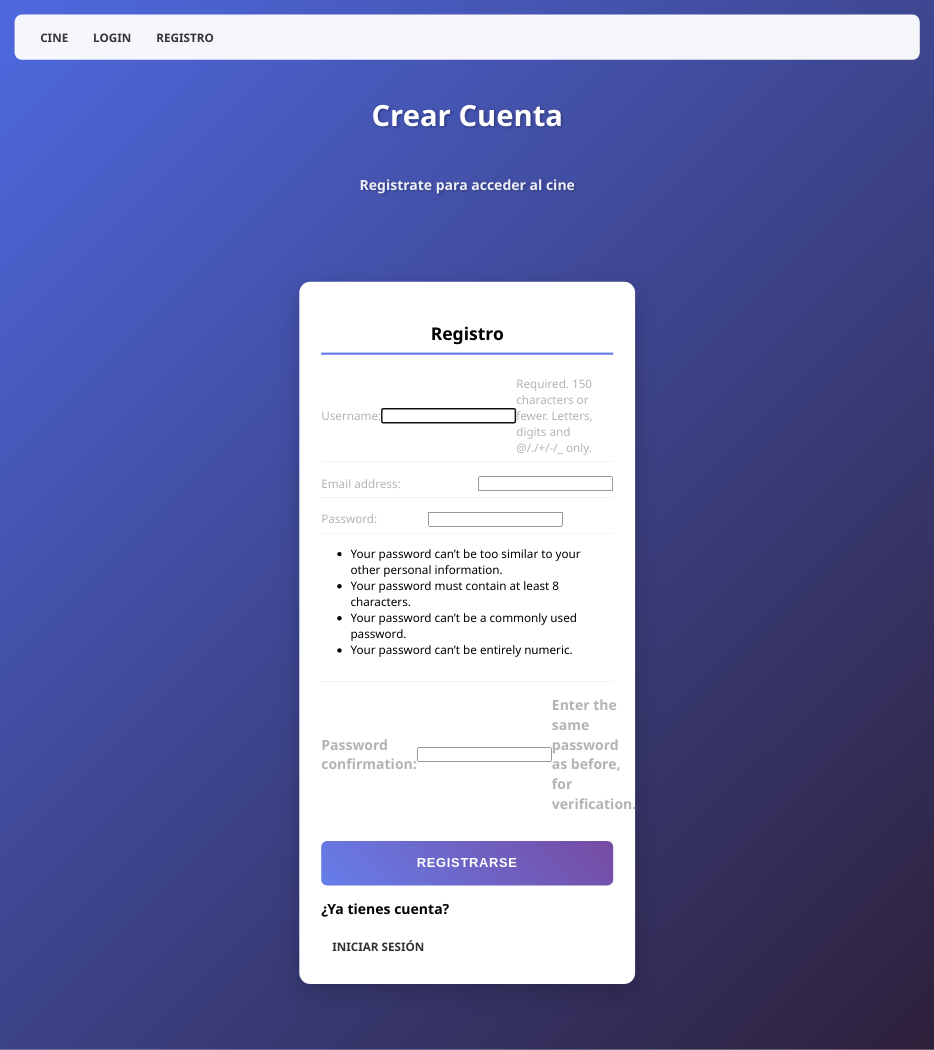
Repository: RoyScc/Practico-Django
Page: http://localhost/register/
An editor plug-in stored every save of this project. The page is shown before and after the next save, followed by the edit.
The browser window is 1280 px wide. The pictures show the whole page, at 73% of full size.
The page is served by the project's application, run on Django 5.2 (manage.py). Other server files are loaded and not shown.

Above is the page before, as saved 2026-05-27 09:01:18.

### tickets/templates/tickets/register.html
{% extends 'tickets/base.html' %}

{% block title %} Registro {% endblock %}

{% block body %}

<h1>Crear Cuenta</h1>
<h4>Registrate para acceder al cine</h4>

<div class="cartelera">

    <div class="login-container">

        <h3 class="h3">Registro</h3>

        <form method="POST">

            {% csrf_token %}

            {{ form.as_p }}

            <button type="submit">
                Registrarse
            </button>

        </form>

        <p class="pcartelera">
            ¿Ya tienes cuenta?
        </p>

        <a href="{% url 'login' %}">
            Iniciar sesión
        </a>

    </div>

</div>

{% endblock %}

### tickets/templates/tickets/base.html
{% load static %}

<!DOCTYPE html>
<html lang="en">
<head>
    <meta charset="UTF-8">
    <meta name="viewport" content="width=device-width, initial-scale=1.0">

    <link rel="stylesheet" href="{% static 'tickets/styles.css' %}">

    <!-- ICONO -->
    <link rel="icon" href="{% static 'tickets/images/cine.png' %}" type="image/png">

    <title>{% block title %} Tickets {% endblock %}</title>
</head>

<body>

    <nav class="navbar2">

        {% if request.resolver_match.url_name == 'cine' %}
            <a href="{% url 'lista_metodos' %}">
                Metodos
            </a>
        {% endif %}

        <a href="{% url 'cine' %}">
            Cine
        </a>

        {% if request.resolver_match.url_name == 'lista_metodos' %}
            <a href="{% url 'crear_metodo_pago' %}">
                Crear método de pago
            </a>
        {% endif %}

        <!-- LOGIN / LOGOUT -->

        {% if user.is_authenticated %}
            <a href="{% url 'logout' %}">
                Cerrar sesión
            </a>

        {% else %}

            <a href="{% url 'login' %}">
                Login
            </a>

            <a href="{% url 'register' %}">
                Registro
            </a>

        {% endif %}

    </nav>

    {% block body %}{% endblock %}

</body>
</html>

### tickets/forms.py
from django import forms

from .models import MetodoPago

from django.contrib.auth.forms import UserCreationForm
from django.contrib.auth.models import User

class RegistroForm(UserCreationForm):
    class Meta:
        model = User
        fields = ['username', 'email', 'password1', 'password2']

class MetodoPagoForm(forms.ModelForm):
    class Meta:
        model = MetodoPago
        fields = ['nombre', 'tipo', 'banco']

### tickets/views.py
from django.shortcuts import render, redirect
from .models import Tickets, MetodoPago
from .forms import MetodoPagoForm
from django.contrib.auth import login, logout
from django.contrib.auth.forms import AuthenticationForm
from django.contrib.auth import authenticate
from .forms import RegistroForm

# Create your views here.

# def index(request):
#     tickets = Tickets.objects.filter(tipo="cine")
#     return render(request, 'tickets/index.html', {'tickets': tickets})

def cine(request):
    tickets = Tickets.objects.filter(tipo__icontains="cine")
    return render(request, 'tickets/cine.html', {'tickets': tickets})

def tickets(request):
    todos_los_tickets = Tickets.objects.all()
    return render(request, 'tickets/todos_los_tickets.html', {'tickets': todos_los_tickets})

def crear_metodo_pago(request):
    if request.method == 'POST':
        form = MetodoPagoForm(request.POST)
        if form.is_valid():
            form.save()
            return redirect('lista_metodos')
    else:
        form = MetodoPagoForm()
    return render(request, 'tickets/crear_metodo_pago.html', {'form': form})

from django.shortcuts import get_object_or_404

def lista_metodos_pago(request):
    metodos = MetodoPago.objects.all()
    return render(request, 'tickets/lista_metodos.html', {'metodos': metodos})

def editar_metodo(request, id):
    metodo = get_object_or_404(MetodoPago, id=id)
    if request.method == 'POST':
        form = MetodoPagoForm(request.POST, instance=metodo)
        if form.is_valid():
            form.save()
            return redirect('lista_metodos')
    else:
        form = MetodoPagoForm(instance=metodo)
    return render(request, 'tickets/crear_metodo_pago.html', {'form': form})

def borrar_metodo(request, id):
    metodo = get_object_or_404(MetodoPago, id=id)
    if request.method == 'POST':
        metodo.delete()
        return redirect('lista_metodos')
    return render(request, 'tickets/borrar_metodo.html', {'metodo': metodo})

#Registro de usuarios
def register_view(request):
    if request.method == 'POST':
        form = RegistroForm(request.POST)

        if form.is_valid():
            user = form.save()
            login(request, user)
            return redirect('index')

    else:
        form = RegistroForm()

    return render(request, 'tickets/register.html', {
        'form': form
    })


#Login de usuarios
def login_view(request):

    if request.method == 'POST':
        form = AuthenticationForm(data=request.POST)

        if form.is_valid():
            user = form.get_user()
            login(request, user)
            return redirect('index')

    else:
        form = AuthenticationForm()

    return render(request, 'tickets/login.html', {
        'form': form
    })


# LOGOUT
def logout_view(request):
    logout(request)
    return redirect('login')

### TicketERA/urls.py
"""
URL configuration for TicketERA project.

The `urlpatterns` list routes URLs to views. For more information please see:
    https://docs.djangoproject.com/en/6.0/topics/http/urls/
Examples:
Function views
    1. Add an import:  from my_app import views
    2. Add a URL to urlpatterns:  path('', views.home, name='home')
Class-based views
    1. Add an import:  from other_app.views import Home
    2. Add a URL to urlpatterns:  path('', Home.as_view(), name='home')
Including another URLconf
    1. Import the include() function: from django.urls import include, path
    2. Add a URL to urlpatterns:  path('blog/', include('blog.urls'))
"""
from django.contrib import admin
from django.urls import path, include

urlpatterns = [
    path('admin/', admin.site.urls),
    path('', include("tickets.urls"))
]

### tickets/urls.py
from django.urls import path, include

from . import views

urlpatterns = [
    #path('', views.index, name="index"),
    path('cine/', views.cine, name="cine"),
    path('tickets/', views.tickets, name="tickets"),
    path('metodos/', views.lista_metodos_pago, name="lista_metodos"),
    path('metodos/crear', views.crear_metodo_pago, name="crear_metodo_pago"),
    path('metodos/editar/<int:id>/', views.editar_metodo, name="editar_metodo"),
    path('metodos/borrar/<int:id>/', views.borrar_metodo, name="borrar_metodo"),
    path('login/', views.login_view, name='login'),
    path('register/', views.register_view, name='register'),
    path('logout/', views.logout_view, name='logout'),
]

### tickets/static/tickets/styles.css
/* Estilos generales para la página */
body {
    font-family: 'Segoe UI', Tahoma, sans-serif;
    background: linear-gradient(135deg, #4e69df 0%, #2d203a 100%);
    min-height: 100vh;
    margin: 0;
    padding: 20px;
    gap: 20px;
    display: flex;
    flex-direction: column;
    box-sizing: border-box;
    flex: 1;
}

nav{
    justify-content: space-around;
    background: white;
    opacity: 0.95;
    margin: 0;
    padding: 10px 20px;
    border-radius: 10px;

}

.navbar {
    display: flex;
    justify-content: flex-end;
    align-items: center;
}

a {
    display: inline-block;
    color: #333;
    text-decoration: none;
    font-weight: bold;
    padding: 10px 15px;
    border-radius: 5px;
    transition: background 0.3s ease;
    text-transform: uppercase;
    /*background: #686666;*/
}

a:hover {
    background: #667eea;
    color: white;
}


h1, h4 {
    color: white;
    text-align: center;
    margin-bottom: 30px;
    text-shadow: 2px 2px 4px rgba(0,0,0,0.3);
}

h1 {
    font-size: 2.5rem;
    margin-bottom: 10px;
}

h4 {
    font-size: 1.2rem;
    opacity: 0.9;
}

.cartelera {
    display: flex;
    flex-wrap: wrap;
    justify-content: center;
    gap: 40px;
    padding: 30px;
}
.ticket-item {
    background: white;
    border-radius: 15px;
    padding: 20px;

    display: flex;
    flex-direction: column;
    justify-content: space-between;

    width: 320px;
    min-height: 500px;

    box-shadow: 0 10px 30px rgba(0,0,0,0.2);

    transition: transform 0.3s ease;
}

.ticket-item2 {
    background: white;
    border-radius: 15px;
    padding: 20px;

    display: flex;
    flex-direction: column;
    justify-content: space-between;

    width: 320px;

    box-shadow: 0 10px 30px rgba(0,0,0,0.2);

    transition: transform 0.3s ease;
}

.ticket-item:hover {
    transform: translateY(-5px);
}

.ticket-item a {
    display: inline-block;
    margin-top: 10px;
}

.form {
    display: block;
    margin-top: 0em;
    unicode-bidi: isolate;
}

/* Tablet
@media (max-width: 768px) {
    .cartelera {
        gap: 15px;
        padding: 15px;
    }
}*/

/* Mobile
@media (max-width: 480px) {
    .cartelera {
        gap: 10px;
        padding: 10px;
    }

    .ticket-item {
        width: 100%;
        max-width: 300px;
    }
}*/

h3 {
    color: #fdfdfd;
    font-size: 1.5rem;
    margin-bottom: 20px;
    text-align: center;
    border-bottom: 3px solid #667eea;
    padding-bottom: 10px;
}

.h3 {
    color: #000000;
    font-size: 1.5rem;
    margin-bottom: 20px;
    text-align: center;
    border-bottom: 3px solid #667eea;
    padding-bottom: 10px;
}

p {
    color: #b3b3b3;
    font-size: 1rem;
    margin: 10px 0;
    padding: 8px 0;
    border-bottom: 1px solid #eee;
    display: flex;
    justify-content: space-between;
    align-items: center;
}

p:last-of-type {
    border-bottom: none;
    font-weight: bold;

    font-size: 1.2rem;
}

.pcartelera {
    color: #070202;
    font-size: 1rem;
    margin: 10px 0;
    padding: 8px 0;
    border-bottom: 1px solid #eee;
    display: flex;
    justify-content: space-between;
    align-items: center;
}

button {
    width: 100%;
    background: linear-gradient(45deg, #667eea, #764ba2);
    color: white;
    border: none;
    padding: 20px 20px;
    font-size: 1.1rem;
    font-weight: bold;
    border-radius: 8px;
    cursor: pointer;
    margin-top: 20px;
    transition: all 0.3s ease;
    text-transform: uppercase;
    letter-spacing: 1px;
}

button:hover {
    background: linear-gradient(45deg, #5a6fd8, #6a4190);
    transform: scale(1.05);
    box-shadow: 0 5px 15px rgba(102, 126, 234, 0.4);
}

.button {
    width: 100%;
    background: linear-gradient(45deg, #667eea, #764ba2);
    color: white;
    border: none;
    padding: 20px 5px;
    font-size: 1.1rem;
    font-weight: bold;
    border-radius: 8px;
    text-align: center;
    cursor: pointer;
    margin-top: 10px;
    transition: all 0.3s ease;
    text-transform: uppercase;
    letter-spacing: 1px;
}

.button:hover {
    background: linear-gradient(45deg, #5a6fd8, #6a4190);
    transform: scale(1.05);
    box-shadow: 0 5px 15px rgba(102, 126, 234, 0.4);
}


.ticket {
    margin-bottom: 20px;
    padding: 20px;
    border-radius: 10px;
    box-shadow: 0 5px 15px rgba(0,0,0,0.1);
    space
}

button:active {
    transform: scale(0.98);
}

.fecha-icon::before {
content: '📅 ';
margin-right: 8px;
font-weight: bold;
}

.ubicacion-icon::before {
    content: '📍';
    margin-right: 8px;
    font-weight: bold;
}

.precio-icon::before {
    content: '💵 ';
    margin-right: 8px;
    font-weight: bold;
}

/* Estilos para la sección de Login y Register */
.login-container {
    max-width: 400px;
    margin: 40px auto;
    background: white;
    padding: 30px;
    border-radius: 15px;
    box-shadow: 0 10px 30px rgba(0,0,0,0.2);
}
.login-container h2 {
    text-align: center;
    margin-top: 0px;
    margin-bottom: 0px;
    color: #333;
}

/*
.carousel {
    display: flex;
    gap: 20px;
    overflow-x: auto;
    padding: 20px;
    scroll-behavior: smooth;
}

.carousel::-webkit-scrollbar {
    height: 10px;
}

.carousel::-webkit-scrollbar-thumb {
    background: #667eea;
    border-radius: 10px;
}

.ticket-item {
    min-width: 250px;
    background: white;
    border-radius: 15px;
    padding: 15px;
    flex-shrink: 0;
    box-shadow: 0 4px 10px rgba(0,0,0,0.1);
    text-align: center;
}

.ticket-img {
    width: 100%;
    height: 300px;
    object-fit: cover;
    border-radius: 10px;
}

.ticket-empty {
    text-align: center;
    padding: 50px;
}*/

After the next save:
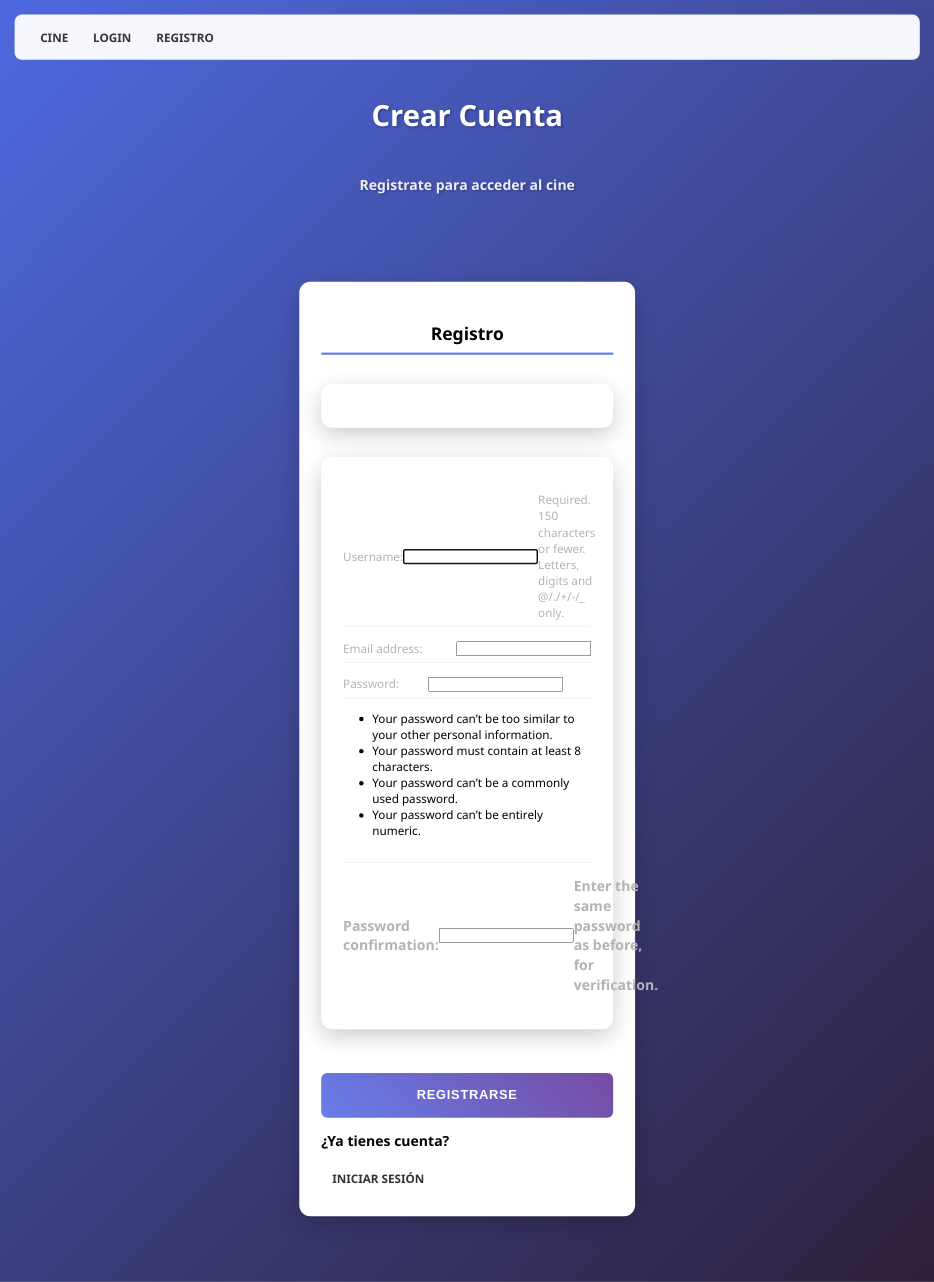
Saved 2 min 14 s later.
--- a/tickets/templates/tickets/register.html
+++ b/tickets/templates/tickets/register.html
@@ -14,10 +14,12 @@
         <h3 class="h3">Registro</h3>
 
         <form method="POST">
-
-            {% csrf_token %}
-
-            {{ form.as_p }}
+            <div class="login-container">
+                {% csrf_token %}
+            </div>
+            <div class="login-container">
+                {{ form.as_p }}
+            </div>
 
             <button type="submit">
                 Registrarse
